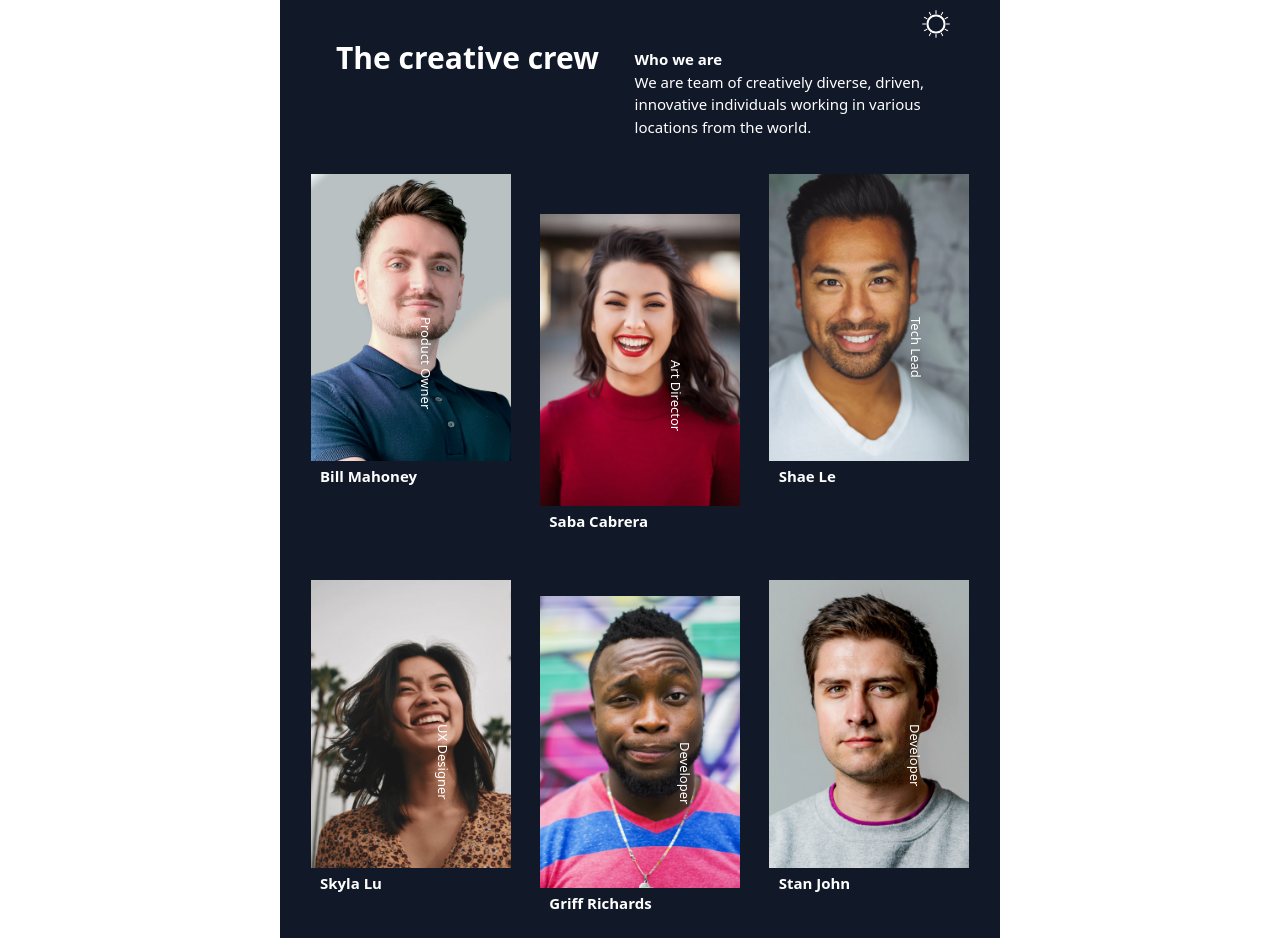
Repository: Alzate1075/Funval-G3-N2
Page: /
These files come from the project's save history. The page is drawn as it stood at one moment and after the next save; the edit follows.
The browser window is 1280 px wide. The pictures show the whole page.
The project was rebuilt for these pictures with package versions that can differ from the ones it lists, and the page was loaded fresh each time. Also part of the build but not shown: vite.config.js.

Above is the page before, as saved 2025-07-03 11:18:29.

After the next save:
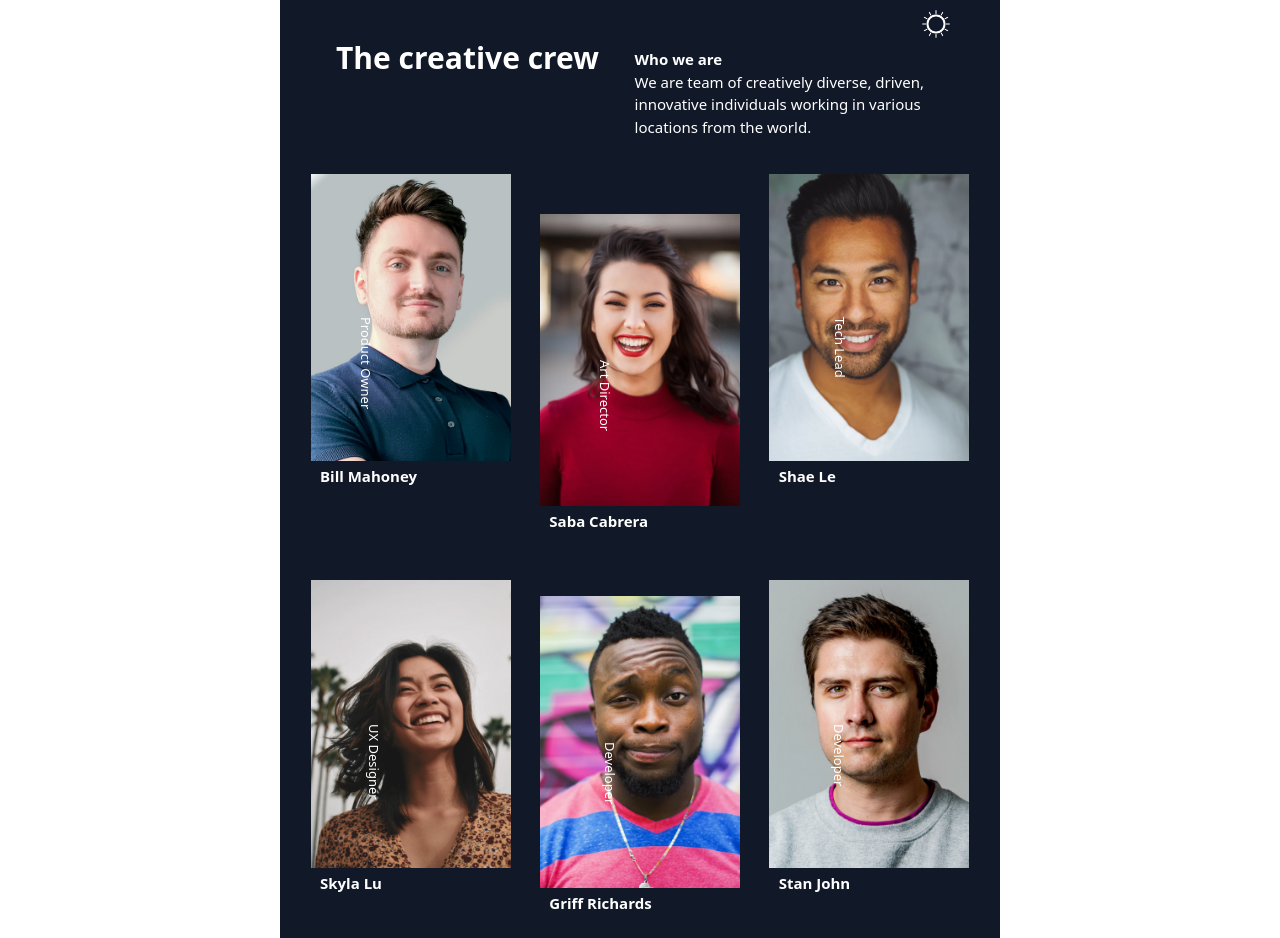
Saved 16 s later.
--- a/src/components/TeamCard.jsx
+++ b/src/components/TeamCard.jsx
@@ -4,7 +4,7 @@ export function TeamCard(props) {
     <div className={`${props.extraClass}`}>
       <div className="text-black md:text-white md:flex md:items-center md:justify-center gap-2 relative">
         <img src={props.image} alt={props.name} className="md:w-[200px] w-20" />
-        <span className="absolute right-0 top-1/2 -translate-y-1/2 rotate-90 origin-left text-[10px] md:text-[13px]">
+        <span className="absolute top-1/2 -translate-y-1/2 rotate-90 origin-left text-[10px] md:text-[13px]">
           {props.role}
         </span>
       </div>
